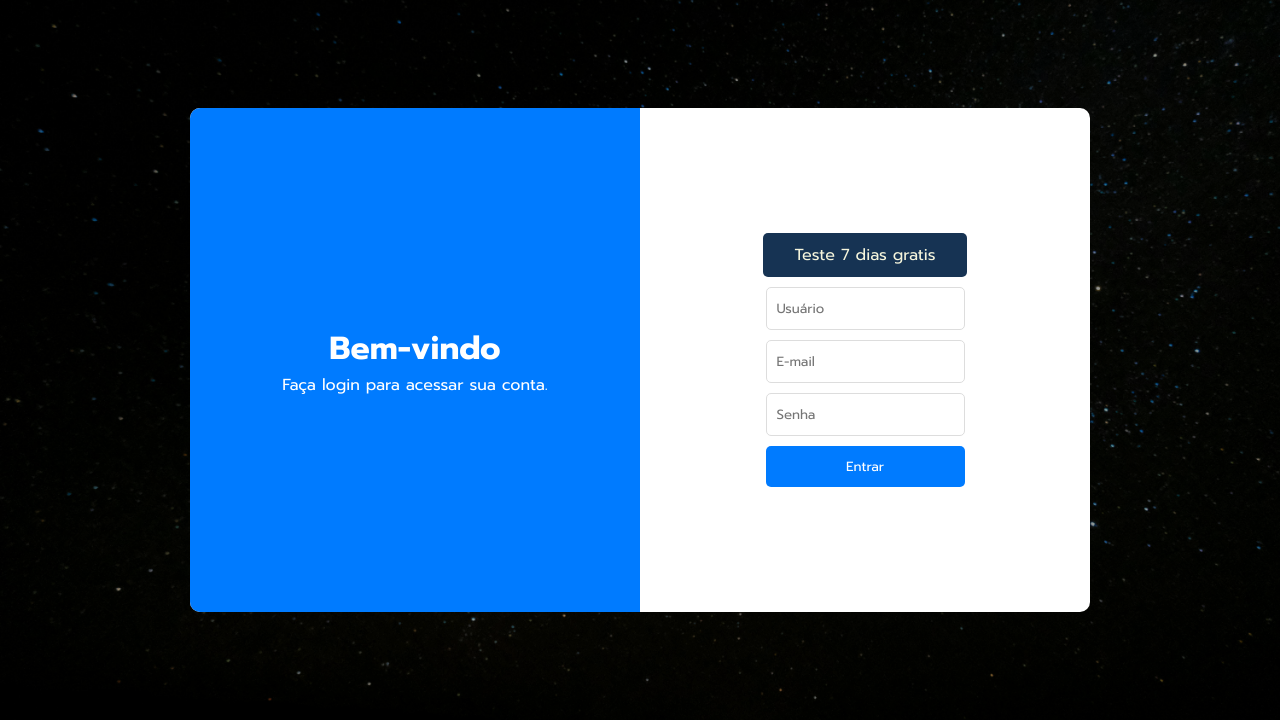
Repository: joao-paulo-paiva/tela-login
Page: index.html
The author's editor kept a copy of each file at every save. The page is drawn from the files as they stood at one save, then again after the next save.
The browser window is 1280 px wide. The pictures show the whole page.

Above is the page before, as saved 2025-04-16 09:07:42.

### index.html
<!DOCTYPE html>
<html lang="pt-br">
<head>
    <meta charset="UTF-8">
    <meta name="viewport" content="width=device-width, initial-scale=1.0">
    <title>Tela de Login</title>
    <link rel="stylesheet" href="style.css">
    <link rel="preconnect" href="https://fonts.googleapis.com">
    <link rel="preconnect" href="https://fonts.gstatic.com" crossorigin>
    <link href="https://fonts.googleapis.com/css2?family=DM+Sans:ital,opsz,wght@0,9..40,100..1000;1,9..40,100..1000&family=Montserrat:ital,wght@0,100..900;1,100..900&family=Prompt:ital,wght@0,100;0,200;0,300;0,400;0,500;0,600;0,700;0,800;0,900;1,100;1,200;1,300;1,400;1,500;1,600;1,700;1,800;1,900&display=swap" rel="stylesheet">
</head>
<body>
    <div class="container">
        <div class="esquerda">
            <h1>Bem-vindo</h1>
            <p class="">Faça login para acessar sua conta.</p>
        </div>
        <div class="direita">
            <a href="#" class="teste-gratis"><p>Teste 7 dias gratis</p></a>
            <form action="#" method="POST">
                <input type="text" placeholder="Usuário" required>
                <input type="email" placeholder="E-mail" required>
                <input type="password" placeholder="Senha" required>
                <button type="submit">Entrar</button>

            </form>
        </div>
    </div>
</body>
</html>

### style.css
* {
    margin: 0;
    padding: 0;
    box-sizing: border-box;
    font-family: "Prompt", sans-serif;
}

body {
    display: flex;
    justify-content: center;
    align-items: center;
    height: 100vh;
    background-image: url(./imagens/pexels-francesco-ungaro-998641.jpg);
    background-size: cover;
    background-position: center;
    background-repeat: no-repeat;
}
body::before {
    content: "";
    position: absolute;
    top: 0;
    left: 0;
    width: 100%;
    height: 100%;
    background-color: rgba(0, 0, 0, 0.4); /* Ajuste o último valor para mudar a opacidade */
    z-index: -1;
}



.container {
    display: flex;
    height: 70%;
    width: 80%;
    max-width: 900px;
    background: white;
    border-radius: 10px;
    overflow: hidden;
}

.esquerda, .direita {
    width: 50%;
    padding: 40px;
}

.esquerda {
    background-color: #007bff;
    color: white;
    display: flex;
    flex-direction: column;
    justify-content: center;
    align-items: center;
}

.direita {
    display: flex;
    flex-direction: column;
    justify-content: center;
    align-items: center;
}

input {
    display: block;
    width: 100%;
    padding: 10px;
    margin: 10px 0;
    border: 1px solid #ddd;
    border-radius: 5px;
}
input:focus {
    outline: none;
    border-color: #007bff;
    box-shadow: 0 0 5px rgba(0, 123, 255, 0.5);
}

.teste-gratis {
    display: flex;
    justify-content: center; /* Centraliza horizontalmente */
    align-items: center; /* Centraliza verticalmente */
    width: 55%;
    padding: 10px;
    background-color: #163353;
    text-decoration: none;
    color: beige;
    border-radius: 5px;
    text-align: center; /* Garante que o texto esteja centralizado dentro do bloco */
}

button {
    width: 100%;
    padding: 10px;
    background-color: #007bff;
    color: white;
    border: none;
    border-radius: 5px;
    cursor: pointer;
}

After the next save:
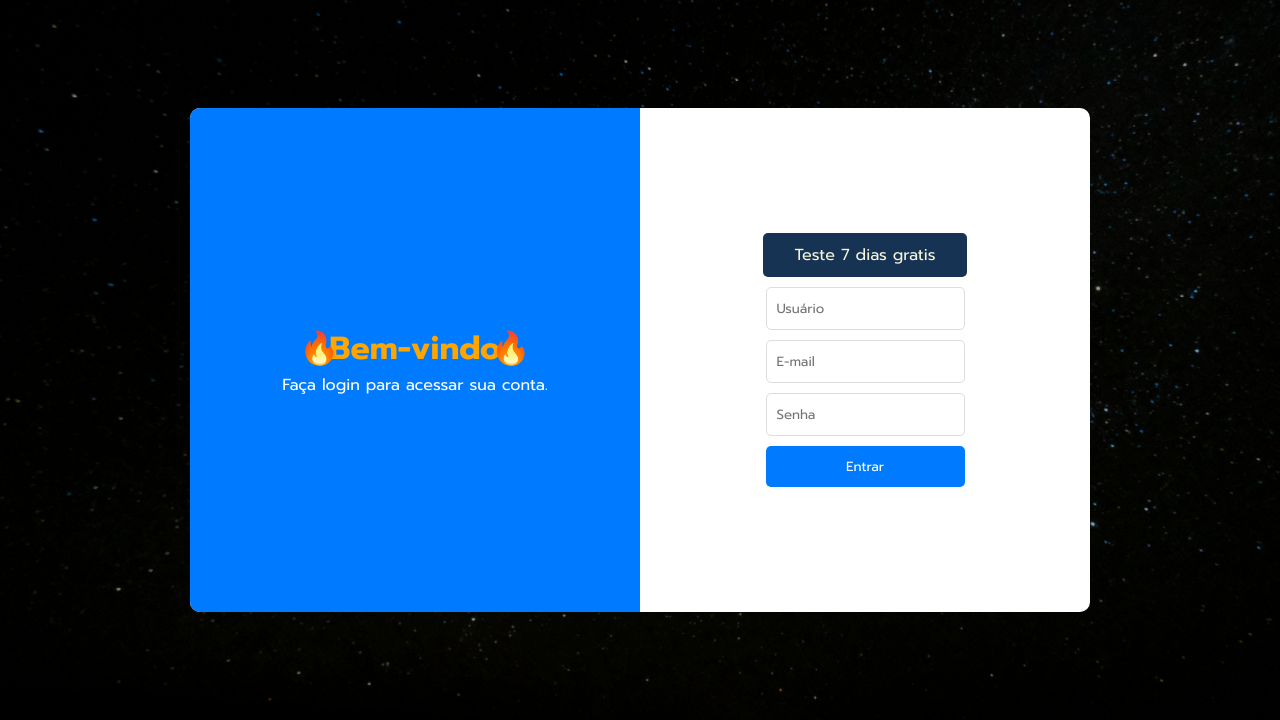
Saved 53 s later.
--- a/style.css
+++ b/style.css
@@ -26,6 +26,22 @@ body::before {
     z-index: -1;
 }
 
+h1 {
+    position: relative;
+    color: orange;
+}
+
+h1::before {
+    content: "🔥";
+    position: absolute;
+    left: -30px;
+}
+
+h1::after {
+    content: "🔥";
+    position: absolute;
+    right: -30px;
+}
 
 
 .container {
